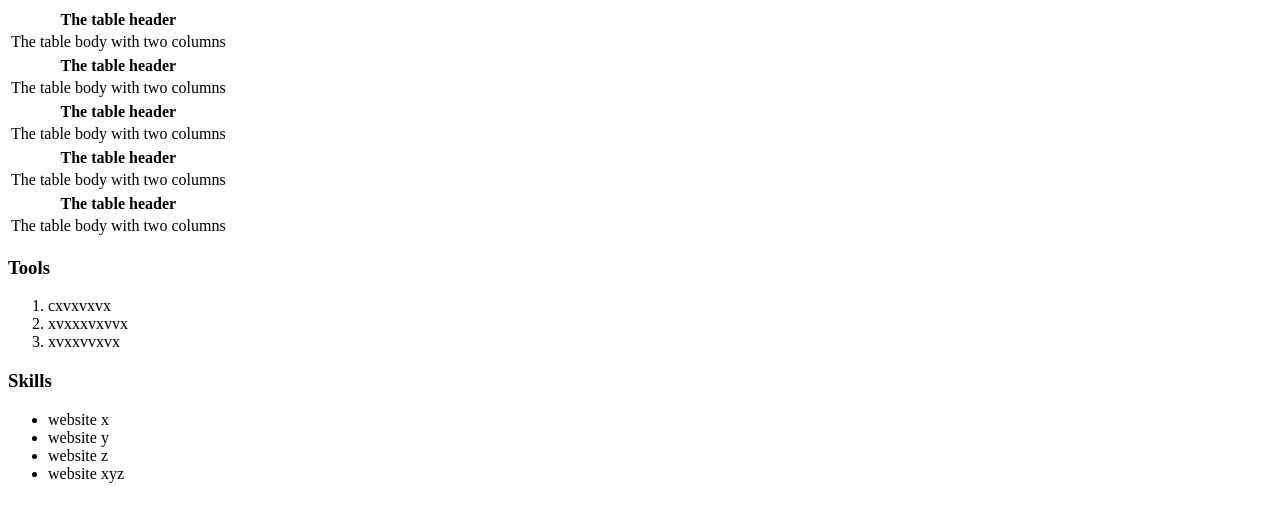
Repository: ew-code/Web-Development
Page: HTML - Personal Site/abilities.html
These files come from the project's save history. The page is drawn as it stood at one moment and after a run of saves; the edit follows.
The browser window is 1280 px wide. The pictures show the whole page.

Above is the page before, as saved 2021-01-03 16:21:23.

### HTML - Personal Site/abilities.html
<!DOCTYPE html>
<html lang="en">

<head>
  <meta charset="UTF-8">
  <meta name="viewport" content="width=device-width, initial-scale=1.0">
  <meta http-equiv="X-UA-Compatible" content="ie=edge">
  <title>Abilities</title>
</head>

<body>

  <table>
    <thead>
        <tr>
            <th colspan="2">The table header</th>
        </tr>
    </thead>
    <tbody>
        <tr>
            <td>The table body</td>
            <td>with two columns</td>
        </tr>
    </tbody>
</table>
  <table>
    <thead>
        <tr>
            <th colspan="2">The table header</th>
        </tr>
    </thead>
    <tbody>
        <tr>
            <td>The table body</td>
            <td>with two columns</td>
        </tr>
    </tbody>
</table>
  <table>
    <thead>
        <tr>
            <th colspan="2">The table header</th>
        </tr>
    </thead>
    <tbody>
        <tr>
            <td>The table body</td>
            <td>with two columns</td>
        </tr>
    </tbody>
</table>
  <table>
    <thead>
        <tr>
            <th colspan="2">The table header</th>
        </tr>
    </thead>
    <tbody>
        <tr>
            <td>The table body</td>
            <td>with two columns</td>
        </tr>
    </tbody>
</table>
  <table>
    <thead>
        <tr>
            <th colspan="2">The table header</th>
        </tr>
    </thead>
    <tbody>
        <tr>
            <td>The table body</td>
            <td>with two columns</td>
        </tr>
    </tbody>
</table>
  <h3>Tools</h3>
  <ol>
    <li>cxvxvxvx</li>
    <li>xvxxxvxvvx</li>
    <li>xvxxvvxvx</li>
  </ol>

  <h3>Skills</h3>
  <ul>
    <li>website x</li>
    <li>website y</li>
    <li>website z</li>
    <li>website xyz</li>
  </ul>

</body>

</html>

After the next 4 saves:
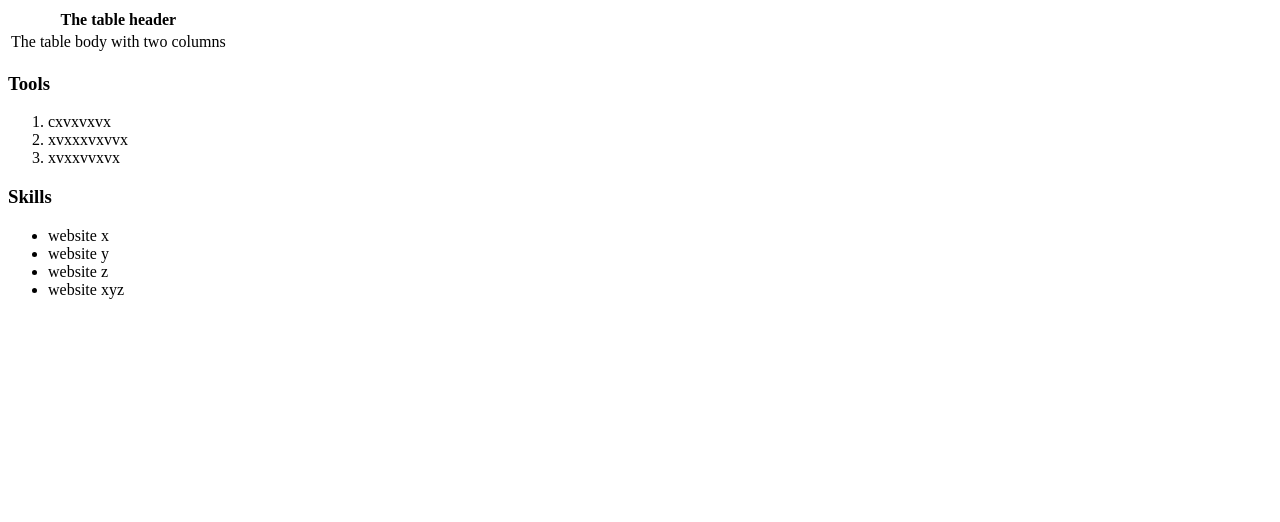
The 4 saves are shown as one change because they came seconds apart.
The last was saved 18 s later.
--- a/HTML - Personal Site/abilities.html
+++ b/HTML - Personal Site/abilities.html
@@ -10,7 +10,7 @@
 
 <body>
 
-  <table>
+<table>
     <thead>
         <tr>
             <th colspan="2">The table header</th>
@@ -23,58 +23,7 @@
         </tr>
     </tbody>
 </table>
-  <table>
-    <thead>
-        <tr>
-            <th colspan="2">The table header</th>
-        </tr>
-    </thead>
-    <tbody>
-        <tr>
-            <td>The table body</td>
-            <td>with two columns</td>
-        </tr>
-    </tbody>
-</table>
-  <table>
-    <thead>
-        <tr>
-            <th colspan="2">The table header</th>
-        </tr>
-    </thead>
-    <tbody>
-        <tr>
-            <td>The table body</td>
-            <td>with two columns</td>
-        </tr>
-    </tbody>
-</table>
-  <table>
-    <thead>
-        <tr>
-            <th colspan="2">The table header</th>
-        </tr>
-    </thead>
-    <tbody>
-        <tr>
-            <td>The table body</td>
-            <td>with two columns</td>
-        </tr>
-    </tbody>
-</table>
-  <table>
-    <thead>
-        <tr>
-            <th colspan="2">The table header</th>
-        </tr>
-    </thead>
-    <tbody>
-        <tr>
-            <td>The table body</td>
-            <td>with two columns</td>
-        </tr>
-    </tbody>
-</table>
+
   <h3>Tools</h3>
   <ol>
     <li>cxvxvxvx</li>
